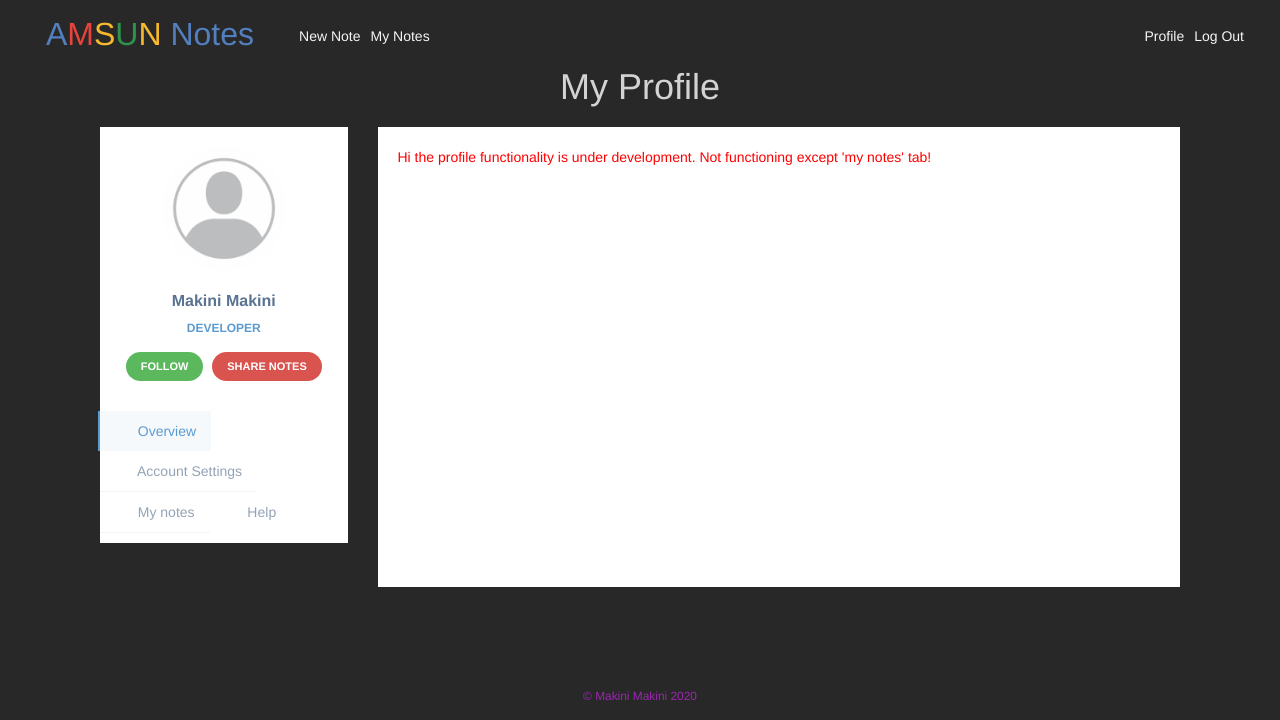
Repository: MakiniMakini/AMSUN-NOTES
Page: http://localhost/profile
The author's editor kept a copy of each file at every save. The page is drawn from the files as they stood at one save, then again after the next save.
The browser window is 1280 px wide. The pictures show the whole page.
Some web fonts or font styles are not loaded; a fallback is used. The page is served by the project's application, run on Flask 3 (application.py). The session is filled in as if someone had signed in: {"user_id": 1}.

Above is the page before, as saved 2020-12-25 12:53:53.

### templates/profile.html
{% extends "layout.html" %}

{% block title %}
    Profile
{% endblock %}

{% block main %}

<h1 style="margin: auto; text-align: center;">
My Profile
</h1>
<div class="container">
    <div class="row profile">
		<div class="col-md-3">
			<div class="profile-sidebar">
				<!-- SIDEBAR USERPIC -->
				<div class="profile-userpic">
					<img src="/static/images/avatar.jpg" class="img-responsive" alt="">
				</div>
				<!-- END SIDEBAR USERPIC -->
				<!-- SIDEBAR USER TITLE -->
				<div class="profile-usertitle">
					<div class="profile-usertitle-name">
						Makini Makini
					</div>
					<div class="profile-usertitle-job">
						Developer
					</div>
				</div>
				<!-- END SIDEBAR USER TITLE -->
				<!-- SIDEBAR BUTTONS -->
				<div class="profile-userbuttons">
					<button type="button" class="btn btn-success btn-sm">Follow</button>
					<button type="button" class="btn btn-danger btn-sm">Share notes</button>
				</div>
				<!-- END SIDEBAR BUTTONS -->
				<!-- SIDEBAR MENU -->
				<div class="profile-usermenu">
					<ul class="nav">
						<li class="active">
							<a href="#">
							<i class="glyphicon glyphicon-home"></i>
							Overview </a>
						</li>
						<li>
							<a href="#">
							<i class="glyphicon glyphicon-user"></i>
							Account Settings </a>
						</li>
						<li>
							<a href="/my_notes">
							<i class="glyphicon glyphicon-ok"></i>
							My notes </a>
						</li>
						<li>
							<a href="#">
							<i class="glyphicon glyphicon-flag"></i>
							Help </a>
						</li>
					</ul>
				</div>
				<!-- END MENU -->
			</div>
		</div>
		<div class="col-md-9">
            <div class="profile-content" style="color: red;">
			   Hi the profile functionality is under development. Not functioning except 'my notes' tab!
            </div>
		</div>
	</div>
</div>

{% endblock %}

### templates/layout.html
<!DOCTYPE html>
<html lang="en">
    <head>
        <!-- Required meta tags -->
        <meta charset="utf-8">
        <meta name="viewport" content="width=device-width, initial-scale=1, shrink-to-fit=no">

        <!-- documentation at http://getbootstrap.com/docs/4.1/, alternative themes at https://bootswatch.com/ -->
        <link href="https://maxcdn.bootstrapcdn.com/bootstrap/4.1.3/css/bootstrap.min.css" rel="stylesheet">

        <!-- https://favicon.io/emoji-favicons/money-mouth-face/ -->
        <link href="/static/favicon.ico" rel="icon">

        <link href="/static/styles.css" rel="stylesheet">
        <link rel="stylesheet" href="/static/bootstrap.min.css" />
        <link rel="stylesheet" href="/static/animate.min.css" />
        <link rel="stylesheet" href="/static/ionicons.min.css" />
        <link rel="stylesheet" href="/static/styles2.css" />
        <link rel="stylesheet" href="/static/profile.css" />

        <script src="https://code.jquery.com/jquery-3.3.1.min.js"></script>
        <script src="https://cdnjs.cloudflare.com/ajax/libs/popper.js/1.14.3/umd/popper.min.js"></script>
        <script src="https://maxcdn.bootstrapcdn.com/bootstrap/4.1.3/js/bootstrap.min.js"></script>

        <title>AMSUN Notes: {% block title %}{% endblock %}</title>
    </head>

    <body>

        <nav class="navbar navbar-expand-md navbar-light bg-none pl-5 pr-5 m-0 fixed-top">
            <a class="navbar-brand" href="/"><span class="blue">A</span><span class="red">M</span><span class="yellow">S</span><span class="green">U</span><span class="yellow">N</span> <span class="blue">Notes</span></a>
            <button aria-controls="navbar" aria-expanded="false" aria-label="Toggle navigation" class="navbar-toggler bg-light" data-target="#navbar" data-toggle="collapse" type="button">
                <span class="navbar-toggler-icon"></span>
            </button>
            <div class="collapse navbar-collapse" id="navbar" >
                {% if session.user_id %}
                    <ul class="navbar-nav mr-auto mt-2">
                        <li class="nav-item"><a class="nav-link" href="/home">New Note</a></li>
                        <li class="nav-item"><a class="nav-link" href="/my_notes">My Notes</a></li>
                    </ul>
                    <ul class="navbar-nav ml-auto mt-2 navbar-right">
                        <li class="nav-item"><a class="nav-link" href="/profile">Profile</a></li>
                        <li class="nav-item"><a class="nav-link" href="/logout">Log Out</a></li>
                    </ul>
                {% else %}
                    <ul class="navbar-nav ml-auto mt-2 navbar-right">
                        <li class="nav-item"><a class="nav-link" href="/register">Register</a></li>
                        <li class="nav-item"><a class="nav-link" href="/login">Log In</a></li>
                    </ul>
                {% endif %}
            </div>
        </nav>

        {% if get_flashed_messages() %}
            <header>
                <div class="alert alert-primary border text-center" role="alert">
                    {{ get_flashed_messages() | join(" ") }}
                </div>
            </header>
        {% endif %}

        <main class="container p-0">

        </main>
        {% block main %}{% endblock %}

        <footer class="small text-center text-muted fixed-bottom bg-none">
             <a href="https://makini-makini.herokuapp.com">© Makini Makini 2020</a>
        </footer>

    </body>
</html>

### application.py
import os

import sqlite3
from flask import Flask, flash, jsonify, redirect, render_template, request, session
from flask_session import Session
from tempfile import mkdtemp
from werkzeug.exceptions import default_exceptions, HTTPException, InternalServerError
from werkzeug.security import check_password_hash, generate_password_hash

from helpers import apology, login_required


# Configure application
app = Flask(__name__)

# Ensure templates are auto-reloaded
app.config["TEMPLATES_AUTO_RELOAD"] = True

# Ensure responses aren't cached
@app.after_request
def after_request(response):
    response.headers["Cache-Control"] = "no-cache, no-store, must-revalidate"
    response.headers["Expires"] = 0
    response.headers["Pragma"] = "no-cache"
    return response


# Configure session to use filesystem (instead of signed cookies)
app.config["SESSION_FILE_DIR"] = mkdtemp()
app.config["SESSION_PERMANENT"] = False
app.config["SESSION_TYPE"] = "filesystem"
Session(app)

# connecting to the database
connection = sqlite3.connect("amsun_notes.db", check_same_thread=False)

# cursor
db = connection.cursor()

# >>>>>>>>>>>>>>>>>>>>>>>>>>>>>>>ROUTES<<<<<<<<<<<<<<<<<<

# ///////////////INDEX\\\\\\\\\\\\\\\\\\
@app.route("/")
def home_page():
    return render_template("home.html")

# ////////////////WRITE NOTES\\\\\\\\\\\\\
@app.route("/home")
@login_required
def index():
    return render_template("index.html")

# //////PROFILE\\\\\\\\
@app.route("/profile")
@login_required
def profile():
    return render_template("profile.html")

# /////////////MY NOTES\\\\\\\\\\
@app.route("/my_notes")
@login_required
def my_notes():

    # logged user
    user_id = session['user_id']

    db.execute("SELECT note_id, title, notes FROM notes WHERE user_id=:user_id", {'user_id':user_id})
    notes = db.fetchall()

    # Ensure user has notes
    if not notes:
        return render_template("index.html", message = "You Do Not Have Any Stock")

    return render_template("my_notes.html", notes=notes)

# ///////////////ALLOW USER TO EDIT THEIR NOTES\\\\\\\\\\\\\\\\\\\
@app.route("/<note_id>/edit", methods=["GET", "POST"])
@login_required
def edit(note_id):

     # logged user
    user_id = session['user_id']

    if request.method == "GET":
        # query database for notes
        db.execute("SELECT note_id, title, notes FROM notes WHERE user_id=:user_id AND note_id=:note_id", {'user_id':user_id, 'note_id':note_id})
        notes = db.fetchall()
        # populate text-area with existing notes
        return render_template("edit.html", notes=notes)

    if request.method == "POST":
        # get title
        title = request.form.get("title")
        #get notes
        notes = request.form.get("notes")

        # ensure the fields are not blank
        if not request.form.get("notes"):
            return apology('must write something', 403)
        else:
            # update notes
            db.execute("UPDATE notes SET title =:title, notes =:notes WHERE note_id=:note_id", {'user_id':user_id, 'note_id':note_id, 'title':title, 'notes':notes})
            # save to data base
            connection.commit()
            # redirect user to their notes
            return redirect("/my_notes")


@app.route("/<note_id>/delete")
@login_required
def delete(note_id):

    print(note_id)

    db.execute("DELETE FROM notes WHERE note_id=:note_id", {'note_id':note_id})
    connection.commit()

    return redirect("/my_notes")

# >>>>>>>>>>>>>REGISTER USER<<<<<<<<<<<<<<<<<<<<<<<<<<<<<<<<<<<
@app.route("/register", methods=["GET", "POST"])
def register():
    """Register user"""

    # if 'GET' render Reg. form
    if request.method == "GET":
        return render_template("register.html")

    if request.method == "POST":

        username = request.form.get("username")
        # Ensure username is submitted
        if not request.form.get("username"):
             return apology("must provide username", 403)

        # Ensure password was submitted
        elif not request.form.get("password") and not request.form.get("confirmation"):
            return apology("must provide password and confirmation", 403)
        else:
            # query db
            db.execute("SELECT * FROM users WHERE username = :username",
                            {'username' : username})
            rows = db.fetchall()

            # check if user exists
            if len(rows) == 1:
                return apology("username already exists", 403)
            else:
                username = request.form.get("username")

            # password
            if request.form.get("password") == request.form.get("confirmation"):
                # hash password
                pwhash = generate_password_hash(request.form.get("password"), method='plain')
            else:
                return apology("passwords do not match", 403)

            # update db
            db.execute("INSERT INTO users (username, hash) VALUES (:username, :pwhash)", {'username':username, 'pwhash':pwhash})

            # To save the changes in the files. Never skip this.
            # If we skip this, nothing will be saved in the database.
            connection.commit()

            # # close the connection
            # connection.close()
            return redirect("/")


# >>>>>>>>>>>>>>>>>>>>>>LOGIN<<<<<<<<<<<<<<<<<<<<<<


@app.route("/login", methods=["GET", "POST"])
def login():
    """Log user in"""

    # Forget any user_id
    session.clear()

    # User reached route via POST (as by submitting a form via POST)
    if request.method == "POST":

        # Ensure username was submitted
        if not request.form.get("username"):
            return apology("must provide username", 403)

        # Ensure password was submitted
        elif not request.form.get("password"):
            return apology("must provide password", 403)

        # Query database for username
        db.execute("SELECT * FROM users WHERE username = :username",
                          {'username':request.form.get("username")})

        rows = db.fetchall()

        print(rows)
        # Ensure username exists and password is correct
        if len(rows) != 1 or not check_password_hash(rows[0][2], request.form.get("password")):
            return apology("invalid username and/or password", 403)

    # Remember which user has logged in
        session["user_id"] = rows[0][0]

        # Redirect user to home page
        return redirect("/")

    # User reached route via GET (as by clicking a link or via redirect)
    else:
        return render_template("login.html")

#>>>>>>>>>>>>>>>>>>>>>>>>>>>LOGOUT<<<<<<<<<<<<<<<<<<<<<<<<

@app.route("/logout")
def logout():
    """Log user out"""

    # Forget any user_id
    session.clear()

    # Redirect user to login form
    return redirect("/")


# >>>>>>>>>>>>>>>>>>>SAVE NOTES <<<<<<<<<<<<<<<<<<<<<<<<<
@app.route("/notes", methods=["GET", "POST"])
@login_required
def save():
    #save notes to database

    # logged user
    user_id = session['user_id']

    if request.method == "POST":

        # get the title
        title = request.form.get("title")

        #get notes
        notes = request.form.get("notes")

        # ensure the fields are not blank
        if not request.form.get("notes"):
            return apology('must write something', 403)
        else:
            db.execute("INSERT INTO notes (user_id, title, notes) VALUES (:user_id, :title, :notes)", {'user_id':user_id, 'title':title, 'notes':notes})

            # save to data base
            connection.commit()
            return render_template("index.html")

### helpers.py
import os
import requests
import urllib.parse

from flask import redirect, render_template, request, session
from functools import wraps

def apology(message, code=400):
    """Render message as an apology to user."""
    def escape(s):
        """
        Escape special characters.

        https://github.com/jacebrowning/memegen#special-characters
        """
        for old, new in [("-", "--"), (" ", "-"), ("_", "__"), ("?", "~q"),
                         ("%", "~p"), ("#", "~h"), ("/", "~s"), ("\"", "''")]:
            s = s.replace(old, new)
        return s
    return render_template("apology.html", top=code, bottom=escape(message)), code


def login_required(f):
    """
    Decorate routes to require login.

    http://flask.pocoo.org/docs/1.0/patterns/viewdecorators/
    """
    @wraps(f)
    def decorated_function(*args, **kwargs):
        if session.get("user_id") is None:
            return redirect("/login")
        return f(*args, **kwargs)
    return decorated_function

### static/styles.css
nav .navbar-brand {
	/* size for brand */
	font-size: xx-large;
}

/* colors for brand */
nav .navbar-brand .blue {
	color: #537fbe;
}
nav .navbar-brand .red {
	color: #ea433b;
}
nav .navbar-brand .yellow {
	color: #f5b82e;
}
nav .navbar-brand .green {
	color: #2e944b;
}

.navbar .nav-link {
	color: whitesmoke !important;
}

main .form-control {
	/* center form controls */
	display: inline-block;

	/* override Bootstrap's 100% width for form controls */
	width: auto;
}

main {
	/* scroll horizontally as needed */
	overflow-x: auto;

	/* center contents */
	text-align: center;
}

main img {
	/* constrain images on small screens */
	max-width: 100%;
}

/* Style the image inside the centered container, if needed */
.centered img {
	width: 150px;
	border-radius: 50%;
}

textarea {
	font-family: monospace;
}

.section_name {
	text-align: center;
	padding: 0;
}

.form-form {
	text-align: center;
	padding-top: 10vh;
}
.btn:focus {
	outline: none !important;
}

.form-control-email {
	text-align: left;
	display: block;
	width: 50%;
	height: 35px;
	padding: 6px 12px;
	font-size: 14px;
	line-height: 1.5;
	color: #eee;
	background-color: #36333d;
	background-image: none;
	border: 1px solid #36333d;
	border-radius: 4px;
	box-shadow: inset 0 1px 1px rgba(0, 0, 0, 0.075);
	transition: border-color ease-in-out .15s, box-shadow ease-in-out .15s;
}
.form-control-email:focus {
	outline: none;
}

.iframe-container {
	position: relative;
	overflow: hidden;
	width: 100%;
	padding-top: 56.25%; /* 16:9 Aspect Ratio (divide 9 by 16 = 0.5625) */
}

.responsive-iframe {
	position: absolute;
	top: 0;
	left: 0;
	bottom: 0;
	right: 0;
	width: 100%;
	height: 100%;
}

.my_notes {
	margin: auto;
	align-content: center;
	padding-top: 5vh;
}

.my_notes .card {
	align-content: center;
	margin: auto;
}

### static/profile.css
/* Profile container */
.profile {
	margin: 20px 0;
}

/* Profile sidebar */
.profile-sidebar {
	padding: 20px 0 10px 0;
	background: #fff;
}

.profile-userpic img {
	float: none;
	margin: 0 auto;
	width: 50%;
	height: 50%;
	-webkit-border-radius: 50% !important;
	-moz-border-radius: 50% !important;
	border-radius: 50% !important;
}

.profile-usertitle {
	text-align: center;
	margin-top: 20px;
}

.profile-usertitle-name {
	color: #5a7391;
	font-size: 16px;
	font-weight: 600;
	margin-bottom: 7px;
}

.profile-usertitle-job {
	text-transform: uppercase;
	color: #5b9bd1;
	font-size: 12px;
	font-weight: 600;
	margin-bottom: 15px;
}

.profile-userbuttons {
	text-align: center;
	margin-top: 10px;
}

.profile-userbuttons .btn {
	text-transform: uppercase;
	font-size: 11px;
	font-weight: 600;
	padding: 6px 15px;
	margin-right: 5px;
}

.profile-userbuttons .btn:last-child {
	margin-right: 0px;
}

.profile-usermenu {
	margin-top: 30px;
}

.profile-usermenu ul li {
	border-bottom: 1px solid #f0f4f7;
}

.profile-usermenu ul li:last-child {
	border-bottom: none;
}

.profile-usermenu ul li a {
	color: #93a3b5;
	font-size: 14px;
	font-weight: 400;
}

.profile-usermenu ul li a i {
	margin-right: 8px;
	font-size: 14px;
}

.profile-usermenu ul li a:hover {
	background-color: #fafcfd;
	color: #5b9bd1;
}

.profile-usermenu ul li.active {
	border-bottom: none;
}

.profile-usermenu ul li.active a {
	color: #5b9bd1;
	background-color: #f6f9fb;
	border-left: 2px solid #5b9bd1;
	margin-left: -2px;
}

/* Profile Content */
.profile-content {
	padding: 20px;
	background: #fff;
	min-height: 460px;
}

Loaded but not shown: static/bootstrap.min.css (library); static/animate.min.css (library); static/ionicons.min.css (library); static/styles2.css (530 lines, source omitted)

After the next save:
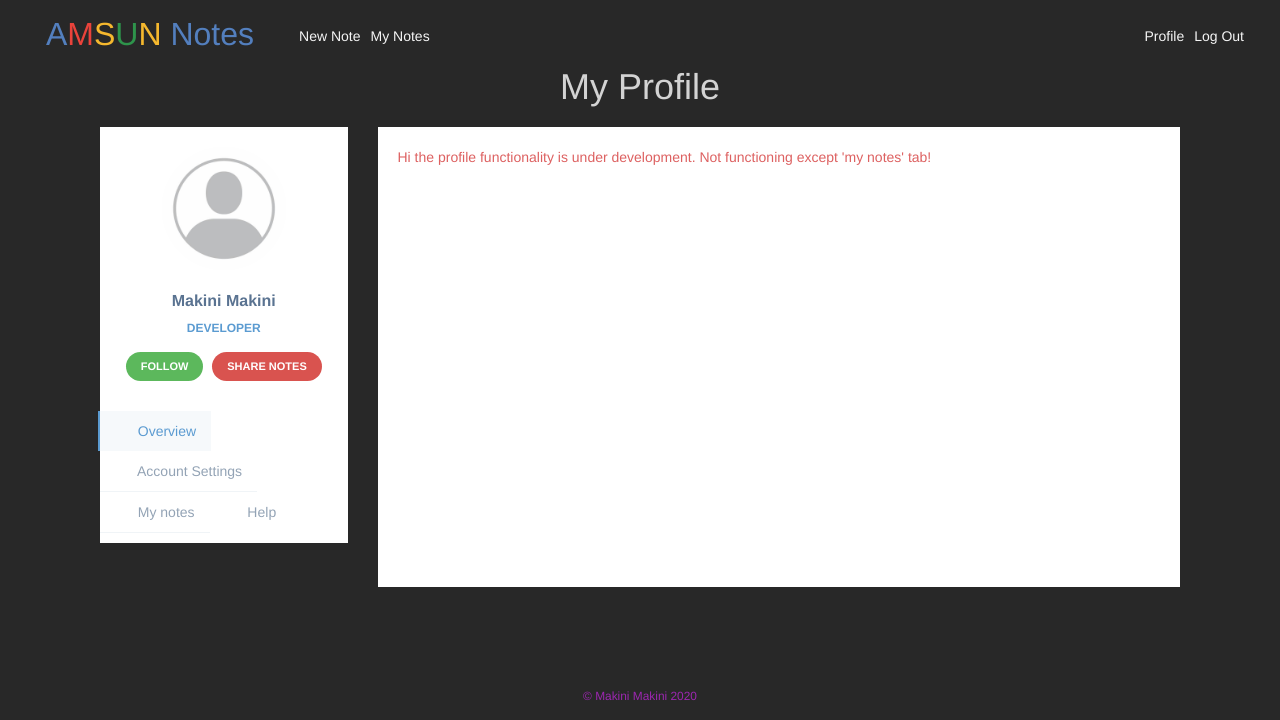
Saved 34 s later.
--- a/templates/profile.html
+++ b/templates/profile.html
@@ -63,7 +63,7 @@ My Profile
 			</div>
 		</div>
 		<div class="col-md-9">
-            <div class="profile-content" style="color: red;">
+            <div class="profile-content" style="color: rgb(221, 97, 97);">
 			   Hi the profile functionality is under development. Not functioning except 'my notes' tab!
             </div>
 		</div>
